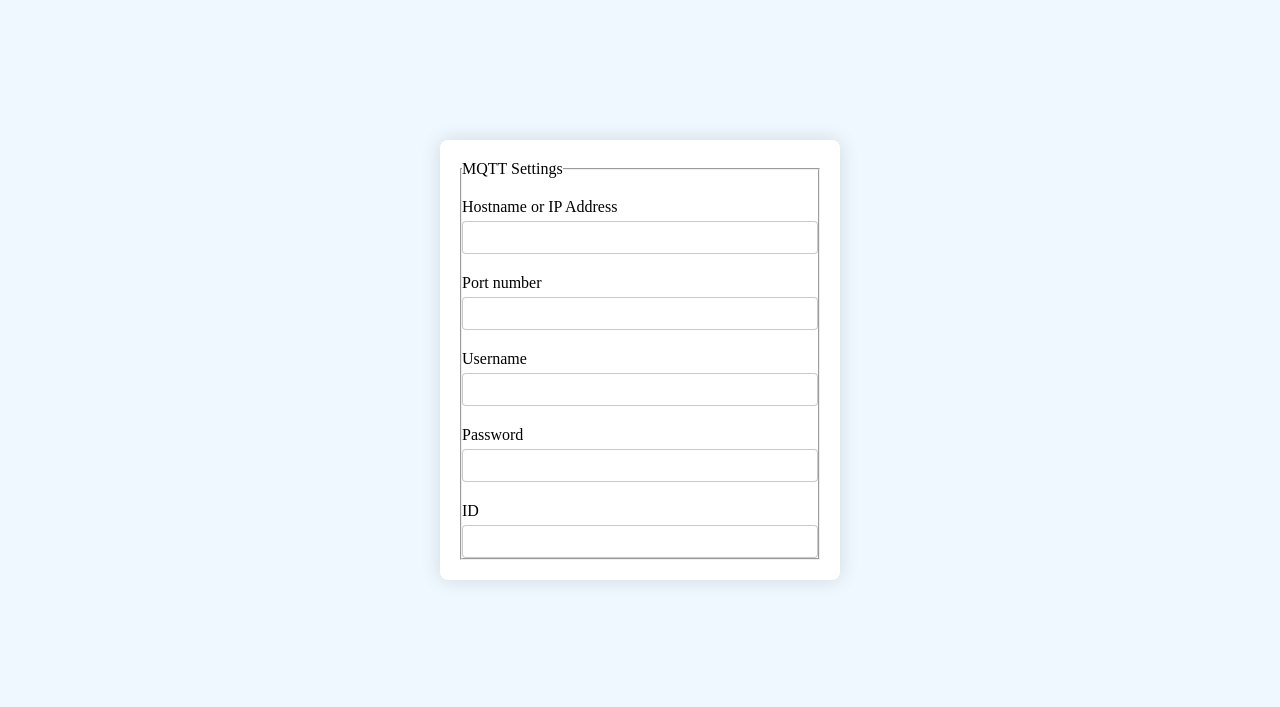
Repository: alex-dow/psikon-weather-station
Page: data/index.html
An editor plug-in stored every save of this project. The page is shown before and after the next save, followed by the edit.
The browser window is 1280 px wide. The pictures show the whole page.

Above is the page before, as saved 2021-12-09 22:35:10.

### data/index.html
<!DOCTYPE html>
<html>
<head>
  <meta charset='utf-8'>
  <meta http-equiv='X-UA-Compatible' content='IE=edge'>
  <title>Psikon Weather Reporter</title>
  <meta name='viewport' content='width=device-width, initial-scale=1'>
  <style>
 * {
  padding: 0;
  margin: 0;
  box-sizing: border-box;
 }
 body {
  font-family: "Montserrat";
 }
 section {
  min-height: 100vh;
  width: 100%;
  display: flex;
  align-items: center;
  justify-content: center;
  background-color: aliceblue;
 }
 .container {
  max-width: 400px;
  width: 90%;
  padding: 20px;
  box-shadow: 0px 0px 20px #00000020;
  border-radius: 8px;
  background-color: white;
 }
 .step {
  display: none;
 }
 .step.active {
  display: block;
 }
 .form-group {
  width: 100%;
  margin-top: 20px;
 }
 .form-group input {
  width: 100%;
  border: 1.5px solid rgba(128, 128, 128, 0.418);
  padding: 5px;
  font-size: 18px;
  margin-top: 5px;
  border-radius: 4px;
 }
 button.next-btn,
 button.previous-btn,
 button.submit-btn {
  float: right;
  margin-top: 20px;
  padding: 10px 30px;
  border: none;
  outline: none;
  background-color: rgb(180, 220, 255);
  font-family: "Montserrat";
  font-size: 18px;
  cursor: pointer;
  /* text-align: right; */
 }
   button.previous-btn {
  float: left;
 }
 button.submit-btn {
  background-color: aquamarine;
 }
  </style>
</head>
<body>
<section>
  <div class="container">
  <form>
    <fieldset>
      <legend>MQTT Settings</legend>
      <div class="form-group">
        <label for="mqtt_host">Hostname or IP Address</label>
        <input id="mqtt_host"/>
      </div>
      <div class="form-group">
        <label for="mqtt_port">Port number</label>
        <input id="mqtt_port" type="number" min="0" max="65536"/>
      </div>
      <div class="form-group">
        <label for="mqtt_username">Username</label>
        <input id="mqtt_username"/>
      </div>
      <div class="form-group">
        <label id="mqtt_password">Password</label>
        <input id="mqtt_password"/>
      </div>
      <div class="form-group">
        <label for="mqtt_id">ID</label>
        <input id="mqtt_id" /><br/>
      </div>
    </fieldset>
  </form>
  </div>
</section>
</body>
</html>

After the next save:
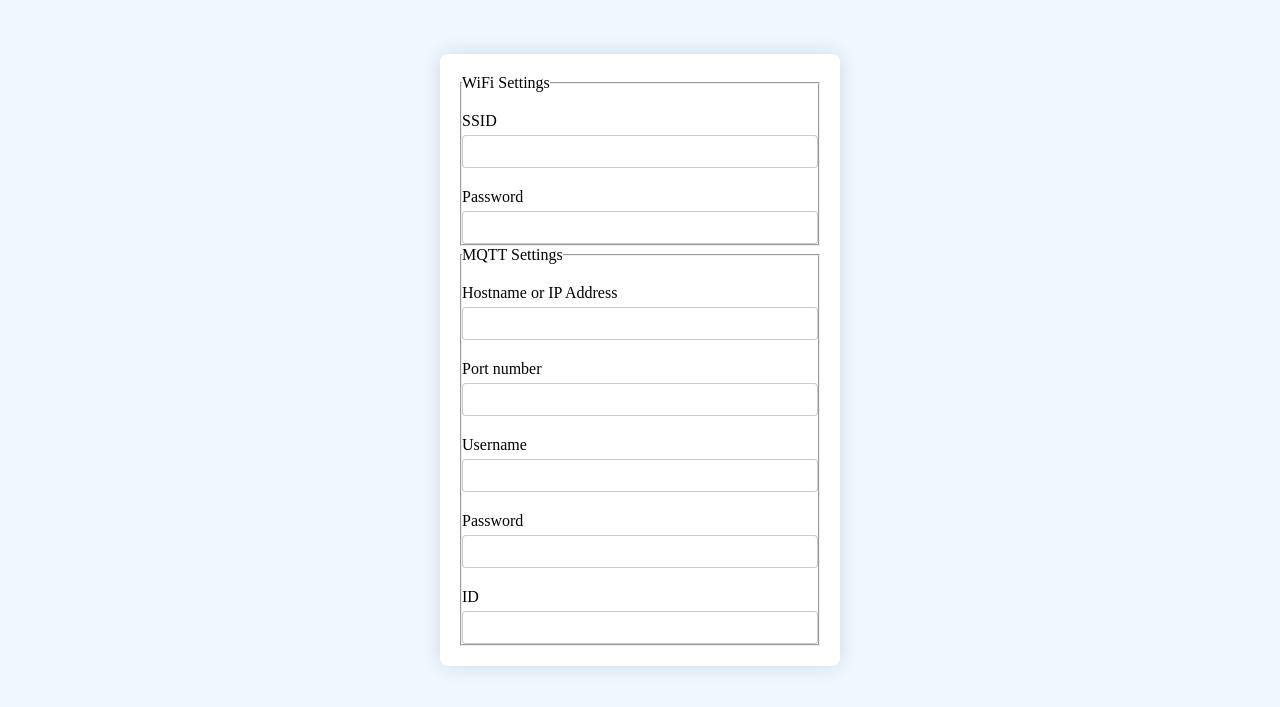
Saved 12 min 58 s later.
--- a/data/index.html
+++ b/data/index.html
@@ -75,6 +75,17 @@
   <div class="container">
   <form>
     <fieldset>
+      <legend>WiFi Settings</legend>
+      <div class="form-group">
+        <label for="wifi_ssid">SSID</label>
+        <input id="wifi_ssid"/>
+      </div>
+      <div class="form-group">
+        <label for="wifi_password">Password</label>
+        <input id="wifi_password"/>
+      </div>
+    </fieldset>
+    <fieldset>
       <legend>MQTT Settings</legend>
       <div class="form-group">
         <label for="mqtt_host">Hostname or IP Address</label>
